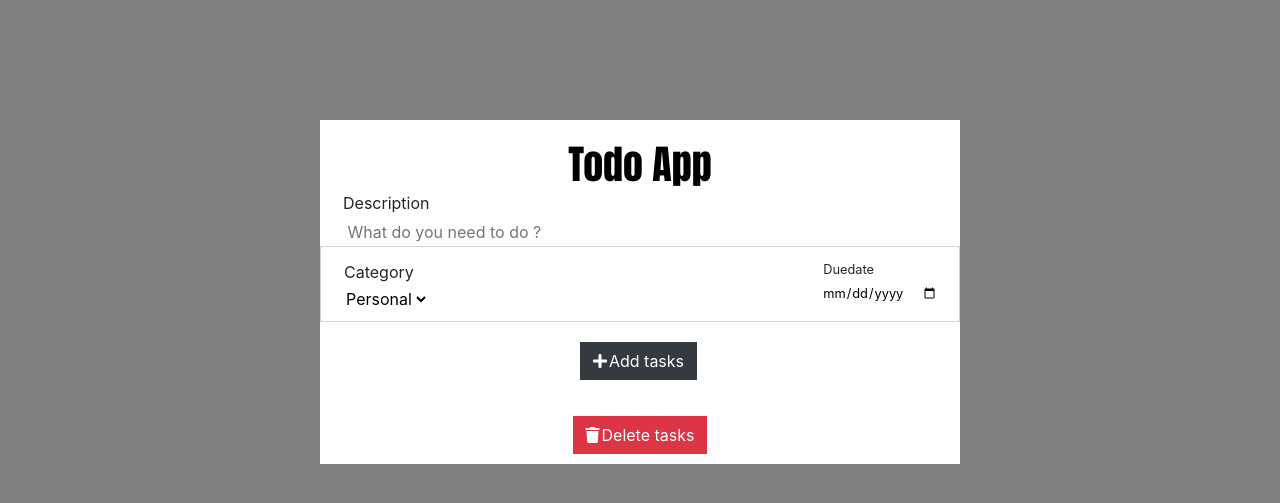
Repository: Sayan-100/Todo-List
Page: http://localhost/
An editor plug-in stored every save of this project. The page is shown before and after the next save, followed by the edit.
The browser window is 1280 px wide. The pictures show the whole page.
Some web libraries are served in a nearby version. The page is served by the project's Node server (index.js). Queries for data that is not in the repository find no rows.

Above is the page before, as saved 2021-12-29 19:08:26.
Not found: js/home.js

After the next save:
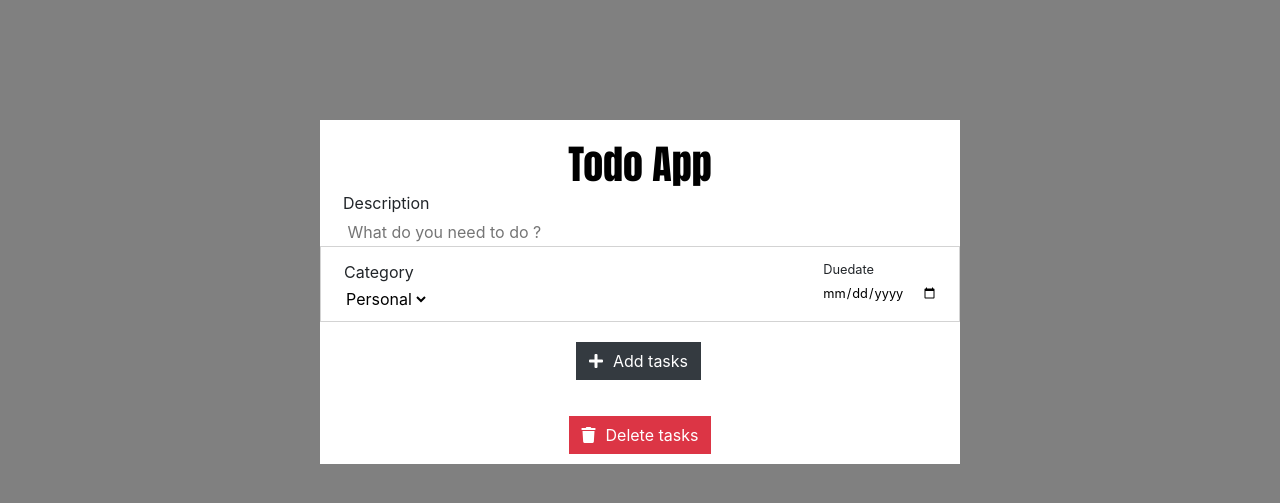
Saved 14 s later.
--- a/assests/css/style.css
+++ b/assests/css/style.css
@@ -147,5 +147,5 @@ li:hover {
 }
 
 i {
-    margin-right: 2px;
+    margin-right: 10px;
 }
